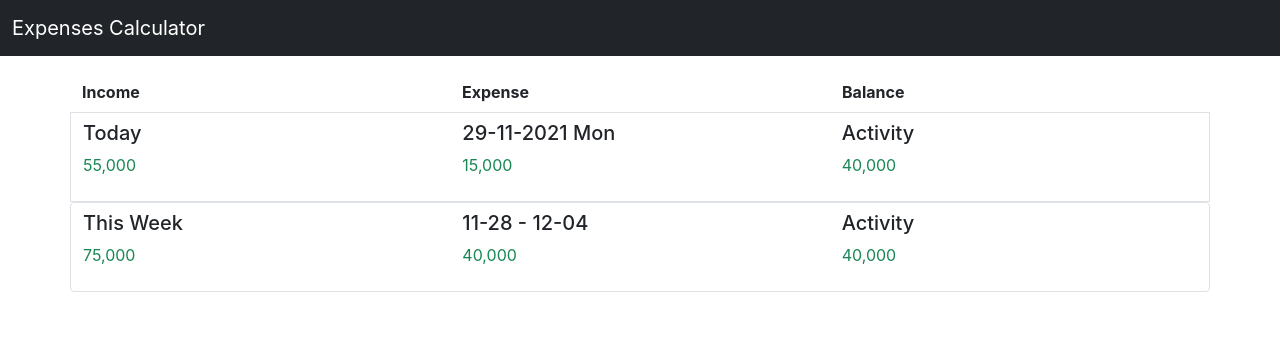
Repository: eidankhan/expenses-calculator
Page: /
The author's editor kept a copy of each file at every save. The page is drawn from the files as they stood at one save, then again after the next save.
The browser window is 1280 px wide. The pictures show the whole page.
The project was rebuilt for these pictures with package versions that can differ from the ones it lists, and the page was loaded fresh each time. Also part of the build but not shown: src/components/SaveIncome.js.

Above is the page before, as saved 2021-11-29 17:16:24.

### public/index.html
<!DOCTYPE html>
<html lang="en">
  <head>
    <meta charset="utf-8" />
    <link rel="icon" href="%PUBLIC_URL%/favicon.ico" />
    <meta name="viewport" content="width=device-width, initial-scale=1" />
    <meta name="theme-color" content="#000000" />
    <meta
      name="description"
      content="Web site created using create-react-app"
    />
    <link rel="apple-touch-icon" href="%PUBLIC_URL%/logo192.png" />
    <link rel="manifest" href="%PUBLIC_URL%/manifest.json" />
    <!-- CSS only -->
    <link
      href="https://cdn.jsdelivr.net/npm/bootstrap@5.1.3/dist/css/bootstrap.min.css"
      rel="stylesheet"
      integrity="sha384-1BmE4kWBq78iYhFldvKuhfTAU6auU8tT94WrHftjDbrCEXSU1oBoqyl2QvZ6jIW3"
      crossorigin="anonymous"
    />
    <title>Shopping Cart App</title>
  </head>
  <body>
    <noscript>You need to enable JavaScript to run this app.</noscript>
    <div id="root"></div>
    <!-- JavaScript Bundle with Popper -->
    <script
      src="https://cdn.jsdelivr.net/npm/bootstrap@5.1.3/dist/js/bootstrap.bundle.min.js"
      integrity="sha384-ka7Sk0Gln4gmtz2MlQnikT1wXgYsOg+OMhuP+IlRH9sENBO0LRn5q+8nbTov4+1p"
      crossorigin="anonymous"
    ></script>
  </body>
</html>

### src/App.js
// import {
//   BrowserRouter as Router,
//   Routes,
//   Route,
// } from "react-router-dom";

import { IncomeSummary } from "./components/IncomeSummary";
import { Navbar } from "./components/Navbar";
import { SaveIncome } from "./components/SaveIncome";

function App() {
  return (
    <>
      <Navbar />
      <div className="container my-3">
        {/* <SaveIncome/> */}
        <IncomeSummary/>
      </div>
    </>
  );
}

export default App;

### src/components/IncomeSummary.js
import React from "react";

export const IncomeSummary = () => {
  return (
    <div className="my-3">
      <div className="row">
        <div className="col-md-4 my-2 ">
          {" "}
          <strong>Income</strong>{" "}
        </div>
        <div className="col-md-4 my-2 ">
          {" "}
          <strong>Expense</strong>{" "}
        </div>
        <div className="col-md-4 my-2 ">
          {" "}
          <strong>Balance</strong>{" "}
        </div>
      </div>
      <div className="row border rounder">
        <div className="col-md-4 my-2">
          <h5> Today </h5>
          <p className="text-success"> 55,000</p>
        </div>
        <div className="col-md-4 my-2">
          <h5> 29-11-2021 Mon </h5>
          <p className="text-success"> 15,000</p>
        </div>
        <div className="col-md-4 my-2">
          <h5> Activity </h5>
          <p className="text-success"> 40,000</p>
        </div>
      </div>
      <div className="row border rounded">
        <div className="col-md-4 my-2">
          <div className="cards">
            <h5> This Week </h5>
            <p className="text-success"> 75,000</p>
          </div>
        </div>
        <div className="col-md-4 my-2">
          <h5> 11-28 - 12-04 </h5>
          <p className="text-success"> 40,000</p>
        </div>
        <div className="col-md-4 my-2">
          <h5> Activity </h5>
          <p className="text-success"> 40,000</p>
        </div>
      </div>
    </div>
  );
};

### src/components/Navbar.js
import React from "react";

export const Navbar = () => {
  return (
    <nav className="navbar navbar-dark bg-dark">
      <div className="container-fluid">
        <a className="navbar-brand" href="/" > Expenses Calculator</a>

        {/* <form className="d-flex">
          <input
            className="form-control me-2"
            type="search"
            placeholder="Search"
            aria-label="Search"
          />
          <button className="btn btn-outline-success" type="submit">
            Search
          </button>
        </form> */}

      </div>
    </nav>
  );
};

Loaded but not shown: src/index.js (common file); src/index.css (common file)

After the next save:
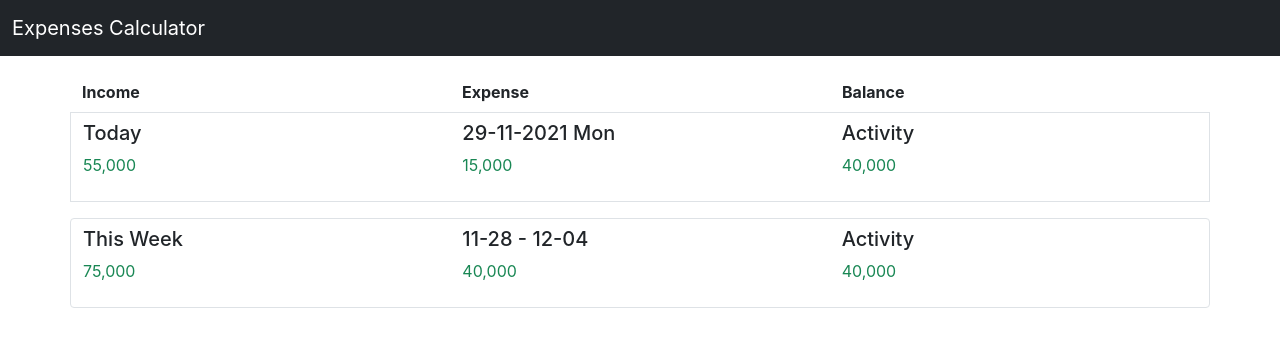
Saved 18 s later.
--- a/src/components/IncomeSummary.js
+++ b/src/components/IncomeSummary.js
@@ -31,7 +31,7 @@ export const IncomeSummary = () => {
           <p className="text-success"> 40,000</p>
         </div>
       </div>
-      <div className="row border rounded">
+      <div className="row border rounded my-3">
         <div className="col-md-4 my-2">
           <div className="cards">
             <h5> This Week </h5>
